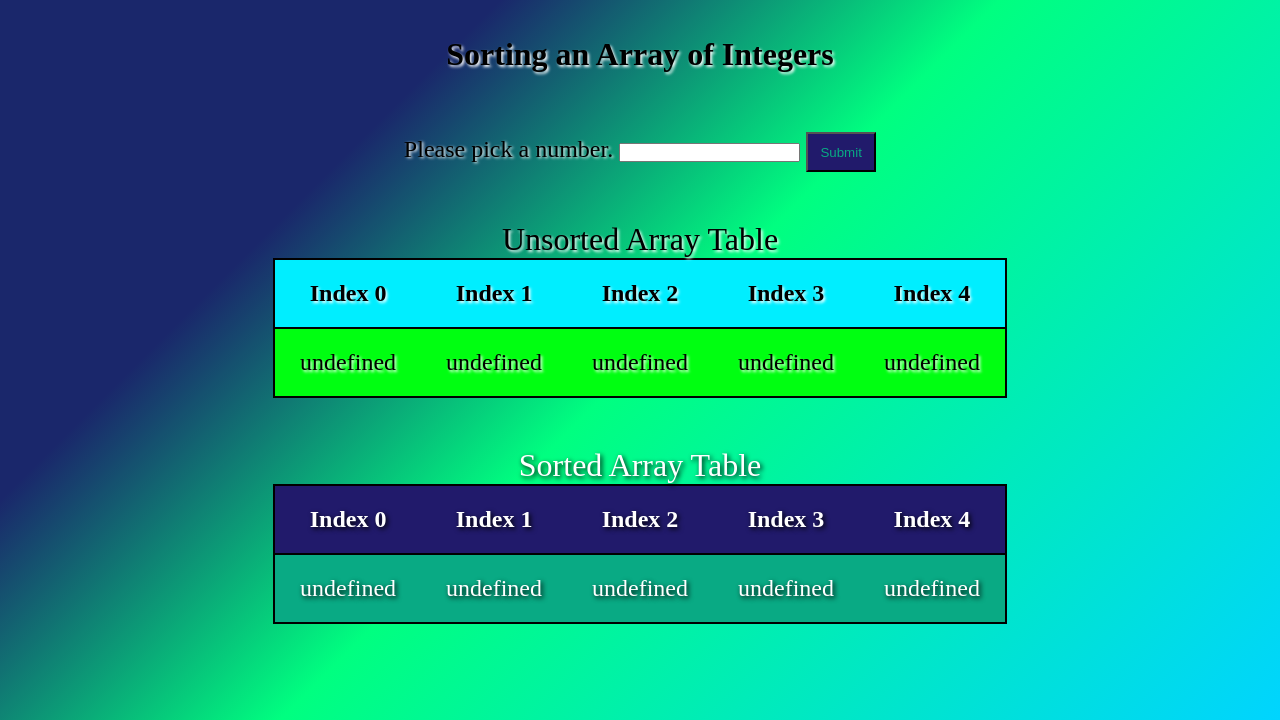
Repository: mlmEFSC21/P16-Sorting-Integers
Page: sort.html
The author's editor kept a copy of each file at every save. The page is drawn from the files as they stood at one save, then again after the next save.
The browser window is 1280 px wide. The pictures show the whole page.

Above is the page before, as saved 2022-03-28 14:43:41.

After the next save:
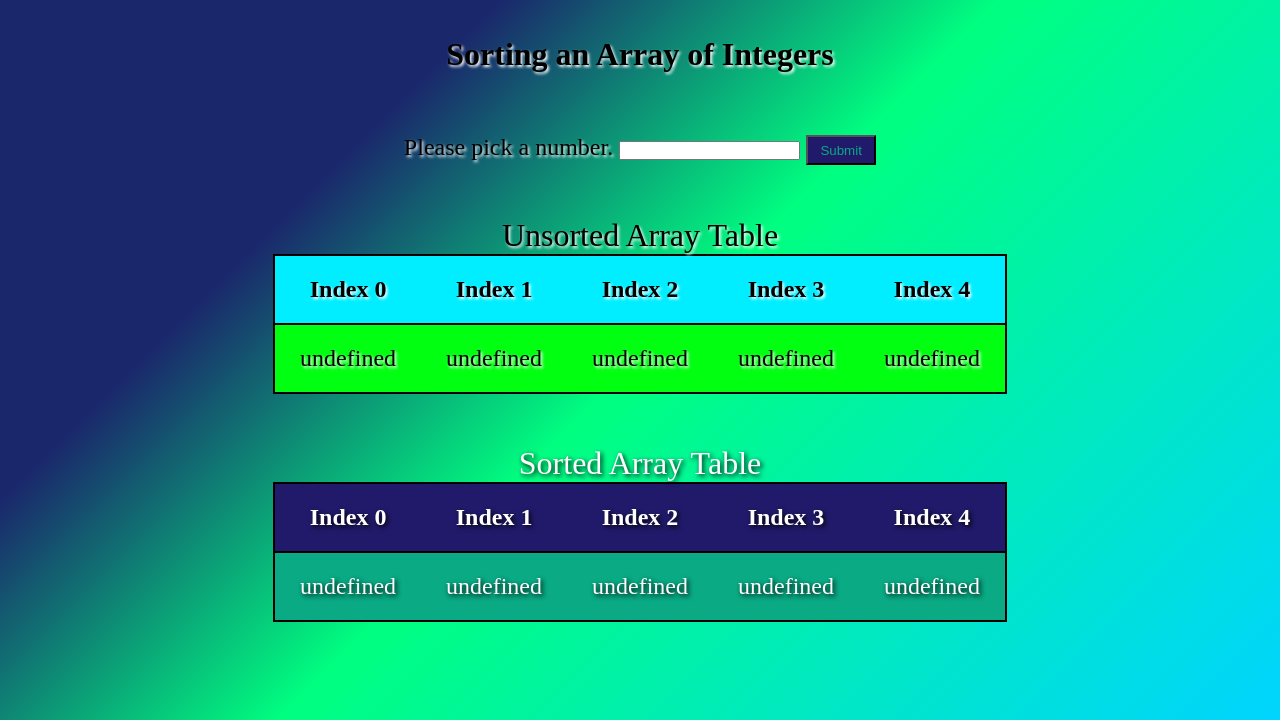
Saved 7 s later.
--- a/sort.css
+++ b/sort.css
@@ -44,7 +44,7 @@ body {
     justify-self: center;
 }
 button {
-    height: 40px;
+    height: 30px;
     width: 70px;
     background-color: var(--clr-primary-T2);
     color: var(--clr-secondary-T2);
